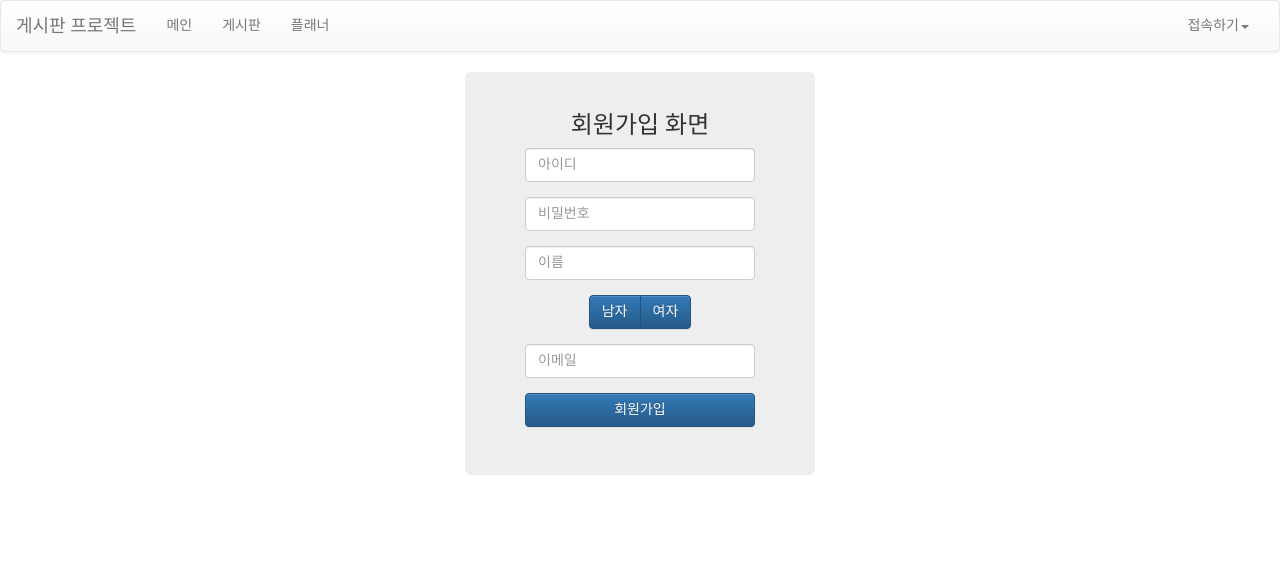
Repository: Seok7975/JSP-Education
Page: http://localhost/ToDoList공유_게시판_ver3/join.jsp
An editor plug-in stored every save of this project. The page is shown before and after the next save, followed by the edit.
The browser window is 1280 px wide. The pictures show the whole page.
Some web fonts or font styles are not loaded; a fallback is used. Some web libraries are served in a nearby version. The page is served by Tomcat 9. Other server files are loaded and not shown.

Above is the page before, as saved 2024-06-20 09:30:05.

### List_Projects_ver3/ToDoList공유 게시판_ver3/src/main/webapp/join.jsp
<%@ page language="java" contentType="text/html; charset=UTF-8"
    pageEncoding="UTF-8"%>
<!DOCTYPE html>
<html>
<head>
<meta http-equiv="Content-Type" content="text/html; charset=UTF-8">
<meta name="viewport" content="width=device-width, initial-scale=1">
<!-- Latest compiled and minified CSS -->
<link rel="stylesheet" href="https://cdn.jsdelivr.net/npm/bootstrap@3.3.7/dist/css/bootstrap.min.css" integrity="sha384-BVYiiSIFeK1dGmJRAkycuHAHRg32OmUcww7on3RYdg4Va+PmSTsz/K68vbdEjh4u" crossorigin="anonymous">
<!-- Optional theme -->
<link rel="stylesheet" href="https://cdn.jsdelivr.net/npm/bootstrap@3.3.7/dist/css/bootstrap-theme.min.css" integrity="sha384-rHyoN1iRsVXV4nD0JutlnGaslCJuC7uwjduW9SVrLvRYooPp2bWYgmgJQIXwl/Sp" crossorigin="anonymous">
<!-- jQuery (necessary for Bootstrap's JavaScript plugins) -->
<script src="https://code.jquery.com/jquery-3.1.1.min.js"></script>
<!-- Latest compiled and minified JavaScript -->
<script src="https://cdn.jsdelivr.net/npm/bootstrap@3.3.7/dist/js/bootstrap.min.js" integrity="sha384-Tc5IQib027qvyjSMfHjOMaLkfuWVxZxUPnCJA7l2mCWNIpG9mGCD8wGNIcPD7Txa" crossorigin="anonymous"></script>
<link rel="stylesheet" href="css/jumbotronCustom.css">
<title>JSP 게시판 웹 사이트</title>
</head>
<body>
	<nav class="navbar navbar-default">
		<div class="container-fluid">
			<div class="navbar-header">
				<button type="button" class="navbar-toggle collapsed" data-toggle="collapse" data-target="#bs-example-navbar-collapse-1" aria-expanded="false">
					<span class="sr-only">Toggle navigation</span>
					<span class="icon-bar"></span>
					<span class="icon-bar"></span>
					<span class="icon-bar"></span>
				</button>
				<a class="navbar-brand" href="main.jsp">게시판 프로젝트</a>
			</div>
			<div class="collapse navbar-collapse" id="bs-example-navbar-collapse-1">
				<ul class="nav navbar-nav">
					<li><a href="main.jsp">메인</a></li>
					<li><a href="bbs.jsp">게시판</a></li>
					<li><a href="planner/planner.jsp">플래너</a></li>
				</ul>
				<ul class="nav navbar-nav navbar-right">
					<li class="dropdown">
						<a href="#" class="dropdown-toggle" data-toggle="dropdown" role="button" aria-haspopup="true" aria-expanded="false">접속하기<span class="caret"></span></a>
						<ul class="dropdown-menu">
							<li><a href="login.jsp">로그인</a></li>
							<li class="active"><a href="join.jsp">회원가입</a></li>
						</ul>
					</li>
				</ul>
			</div>
		</div>
	</nav>
	<div class="container">
		<div class="col-lg-4"></div>
		<div class="col-lg-4">
			<div class="jumbotron" style="padding-top: 20px;">
				<form method="post" action="joinAction.jsp">
					<h3 style="text-align: center;">회원가입 화면</h3>
					<div class="form-group">
						<input type="text" class="form-control" placeholder="아이디" name="userID" required maxlength="20">
					</div>
					<div class="form-group">
						<input type="password" class="form-control" placeholder="비밀번호" name="userPassword" required maxlength="20">
					</div>
					<div class="form-group">
						<input type="text" class="form-control" placeholder="이름" name="userName" required maxlength="20">
					</div>
					<div class="form-group" style="text-align: center;">
						<div class="btn-group" data-toggle="buttons">
							<label class="btn btn-primary">
								<input type="radio" name="userGender" value="남자" autocomplete="off" required> 남자 <!-- autocomplete="off" -->
							</label>
							<label class="btn btn-primary">
								<input type="radio" name="userGender" value="여자" autocomplete="off" required> 여자
							</label>
						</div>
					</div>
					<div class="form-group">
						<input type="email" class="form-control" placeholder="이메일" name="userEmail" required maxlength="20">
					</div>
					<input type="submit" class="btn btn-primary form-control" value="회원가입">
				</form>
			</div>
		</div>
		<div class="col-lg-4"></div>
	</div>
</body>
</html>

### List_Projects_ver3/ToDoList공유 게시판_ver3/src/main/webapp/css/jumbotronCustom.css

@import url(http://fonts.googleapis.com/earlyaccess/nanumgothic.css);
@import url(http://fonts.googleapis.com/earlyaccess/hanna.css);
* {
	font-family : 'Nanum Gothic';
}

h1 {
	font-family : 'Hanna';
}

After the next save:
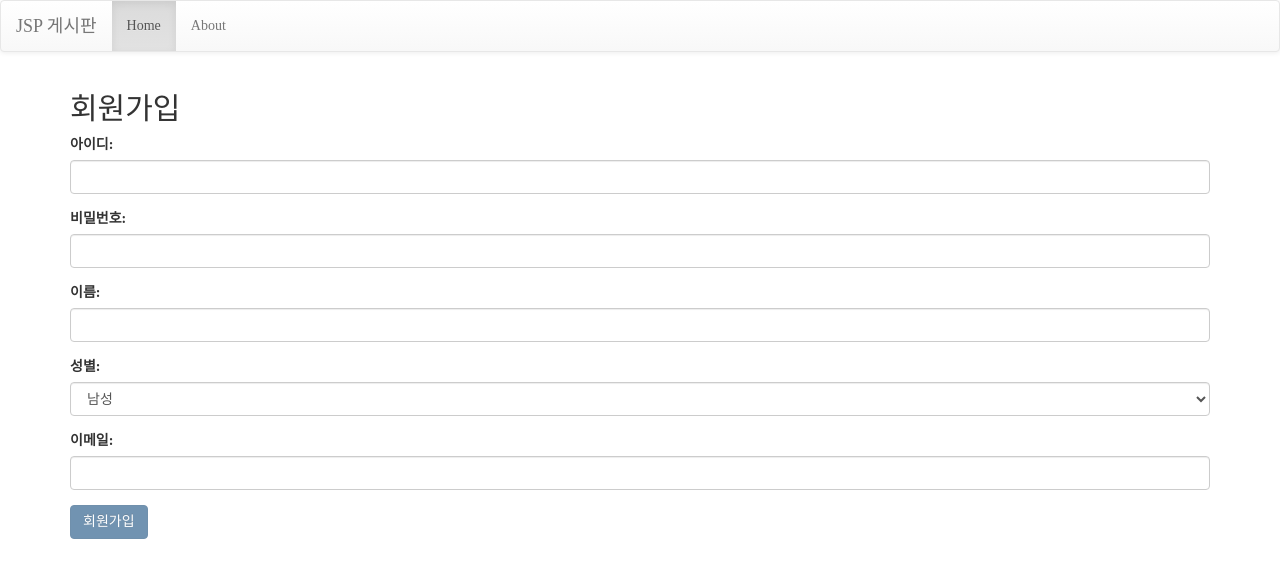
Saved 1 s later.
--- a/List_Projects_ver3/ToDoList공유 게시판_ver3/src/main/webapp/join.jsp
+++ b/List_Projects_ver3/ToDoList공유 게시판_ver3/src/main/webapp/join.jsp
@@ -15,70 +15,82 @@
 <script src="https://cdn.jsdelivr.net/npm/bootstrap@3.3.7/dist/js/bootstrap.min.js" integrity="sha384-Tc5IQib027qvyjSMfHjOMaLkfuWVxZxUPnCJA7l2mCWNIpG9mGCD8wGNIcPD7Txa" crossorigin="anonymous"></script>
 <link rel="stylesheet" href="css/jumbotronCustom.css">
 <title>JSP 게시판 웹 사이트</title>
+<script>
+$(document).ready(function() {
+    $('#userID').on('input', function() {
+        var userID = $(this).val();
+        if (userID.length > 0) {
+            $.ajax({
+                url: 'idCheck.jsp',
+                method: 'POST',
+                data: { userID: userID },
+                success: function(response) {
+                    if (response.trim() === 'available') {
+                        $('#idCheckResult').text('사용 가능한 아이디입니다.').css('color', 'blue');
+                        $('#joinButton').prop('disabled', false);
+                    } else {
+                        $('#idCheckResult').text('이미 사용중인 아이디입니다.').css('color', 'red');
+                        $('#joinButton').prop('disabled', true);
+                    }
+                }
+            });
+        } else {
+            $('#idCheckResult').text('');
+            $('#joinButton').prop('disabled', true);
+        }
+    });
+});
+</script>
 </head>
 <body>
-	<nav class="navbar navbar-default">
-		<div class="container-fluid">
-			<div class="navbar-header">
-				<button type="button" class="navbar-toggle collapsed" data-toggle="collapse" data-target="#bs-example-navbar-collapse-1" aria-expanded="false">
-					<span class="sr-only">Toggle navigation</span>
-					<span class="icon-bar"></span>
-					<span class="icon-bar"></span>
-					<span class="icon-bar"></span>
-				</button>
-				<a class="navbar-brand" href="main.jsp">게시판 프로젝트</a>
-			</div>
-			<div class="collapse navbar-collapse" id="bs-example-navbar-collapse-1">
-				<ul class="nav navbar-nav">
-					<li><a href="main.jsp">메인</a></li>
-					<li><a href="bbs.jsp">게시판</a></li>
-					<li><a href="planner/planner.jsp">플래너</a></li>
-				</ul>
-				<ul class="nav navbar-nav navbar-right">
-					<li class="dropdown">
-						<a href="#" class="dropdown-toggle" data-toggle="dropdown" role="button" aria-haspopup="true" aria-expanded="false">접속하기<span class="caret"></span></a>
-						<ul class="dropdown-menu">
-							<li><a href="login.jsp">로그인</a></li>
-							<li class="active"><a href="join.jsp">회원가입</a></li>
-						</ul>
-					</li>
-				</ul>
-			</div>
-		</div>
-	</nav>
-	<div class="container">
-		<div class="col-lg-4"></div>
-		<div class="col-lg-4">
-			<div class="jumbotron" style="padding-top: 20px;">
-				<form method="post" action="joinAction.jsp">
-					<h3 style="text-align: center;">회원가입 화면</h3>
-					<div class="form-group">
-						<input type="text" class="form-control" placeholder="아이디" name="userID" required maxlength="20">
-					</div>
-					<div class="form-group">
-						<input type="password" class="form-control" placeholder="비밀번호" name="userPassword" required maxlength="20">
-					</div>
-					<div class="form-group">
-						<input type="text" class="form-control" placeholder="이름" name="userName" required maxlength="20">
-					</div>
-					<div class="form-group" style="text-align: center;">
-						<div class="btn-group" data-toggle="buttons">
-							<label class="btn btn-primary">
-								<input type="radio" name="userGender" value="남자" autocomplete="off" required> 남자 <!-- autocomplete="off" -->
-							</label>
-							<label class="btn btn-primary">
-								<input type="radio" name="userGender" value="여자" autocomplete="off" required> 여자
-							</label>
-						</div>
-					</div>
-					<div class="form-group">
-						<input type="email" class="form-control" placeholder="이메일" name="userEmail" required maxlength="20">
-					</div>
-					<input type="submit" class="btn btn-primary form-control" value="회원가입">
-				</form>
-			</div>
-		</div>
-		<div class="col-lg-4"></div>
-	</div>
+    <nav class="navbar navbar-default">
+        <div class="container-fluid">
+            <div class="navbar-header">
+                <button type="button" class="navbar-toggle collapsed" data-toggle="collapse" data-target="#bs-example-navbar-collapse-1" aria-expanded="false">
+                    <span class="sr-only">Toggle navigation</span>
+                    <span class="icon-bar"></span>
+                    <span class="icon-bar"></span>
+                    <span class="icon-bar"></span>
+                </button>
+                <a class="navbar-brand" href="#">JSP 게시판</a>
+            </div>
+            <div class="collapse navbar-collapse" id="bs-example-navbar-collapse-1">
+                <ul class="nav navbar-nav">
+                    <li class="active"><a href="#">Home <span class="sr-only">(current)</span></a></li>
+                    <li><a href="#">About</a></li>
+                </ul>
+            </div>
+        </div>
+    </nav>
+    <div class="container">
+        <h2>회원가입</h2>
+        <form action="join.action" method="post">
+            <div class="form-group">
+                <label for="userID">아이디:</label>
+                <input type="text" class="form-control" id="userID" name="userID" required>
+                <span id="idCheckResult"></span>
+            </div>
+            <div class="form-group">
+                <label for="password">비밀번호:</label>
+                <input type="password" class="form-control" id="password" name="password" required>
+            </div>
+            <div class="form-group">
+                <label for="name">이름:</label>
+                <input type="text" class="form-control" id="name" name="name" required>
+            </div>
+            <div class="form-group">
+                <label for="gender">성별:</label>
+                <select class="form-control" id="gender" name="gender" required>
+                    <option value="male">남성</option>
+                    <option value="female">여성</option>
+                </select>
+            </div>
+            <div class="form-group">
+                <label for="email">이메일:</label>
+                <input type="email" class="form-control" id="email" name="email" required>
+            </div>
+            <button type="submit" class="btn btn-primary" id="joinButton" disabled>회원가입</button>
+        </form>
+    </div>
 </body>
 </html>
